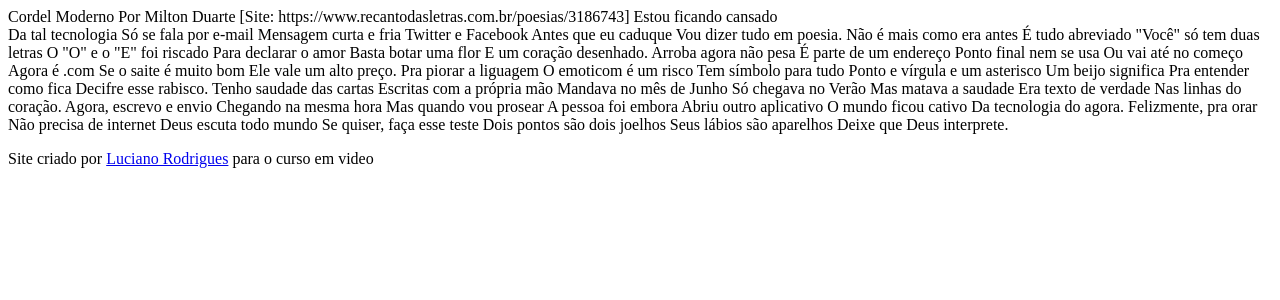
Repository: Lucianorodriguesdev/cursoHTML-CSS
Page: dasafios/index.html
These files come from the project's save history. The page is drawn as it stood at one moment and after the next save; the edit follows.
The browser window is 1280 px wide. The pictures show the whole page.

Above is the page before, as saved 2026-06-17 08:42:33.

### dasafios/index.html
<!DOCTYPE html>
<html lang="pt-br">
<head>
    <meta charset="UTF-8">
    <meta name="viewport" content="width=device-width, initial-scale=1.0">
    <title>Cordel Moderno</title>
</head>
<body>
    <header>
        Cordel Moderno
        Por Milton Duarte
        [Site: https://www.recantodasletras.com.br/poesias/3186743]
        Estou ficando cansado
    </header>

    Da tal tecnologia

    Só se fala por e-mail

    Mensagem curta e fria

    Twitter e Facebook

    Antes que eu caduque

    Vou dizer tudo em poesia.



    Não é mais como era antes

    É tudo abreviado

    "Você" só tem duas letras

    O "O" e o "E" foi riscado

    Para declarar o amor

    Basta botar uma flor

    E um coração desenhado.



    Arroba agora não pesa

    É parte de um endereço

    Ponto final nem se usa

    Ou vai até no começo

    Agora é .com

    Se o saite é muito bom

    Ele vale um alto preço.



    Pra piorar a liguagem

    O emoticom é um risco

    Tem símbolo para tudo

    Ponto e vírgula e um asterisco

    Um beijo significa

    Pra entender como fica

    Decifre esse rabisco.



    Tenho saudade das cartas

    Escritas com a própria mão

    Mandava no mês de Junho

    Só chegava no Verão

    Mas matava a saudade

    Era texto de verdade

    Nas linhas do coração.



    Agora, escrevo e envio

    Chegando na mesma hora

    Mas quando vou prosear

    A pessoa foi embora

    Abriu outro aplicativo

    O mundo ficou cativo

    Da tecnologia do agora.



    Felizmente, pra orar

    Não precisa de internet

    Deus escuta todo mundo

    Se quiser, faça esse teste

    Dois pontos são dois joelhos

    Seus lábios são aparelhos

    Deixe que Deus interprete.
    <footer>
        <p>Site criado por <a href="https://github.com/Lucianorodriguesdev" target="_blank">Luciano Rodrigues</a> para o curso em video</p>
    </footer>

</body>
</html>

After the next save:
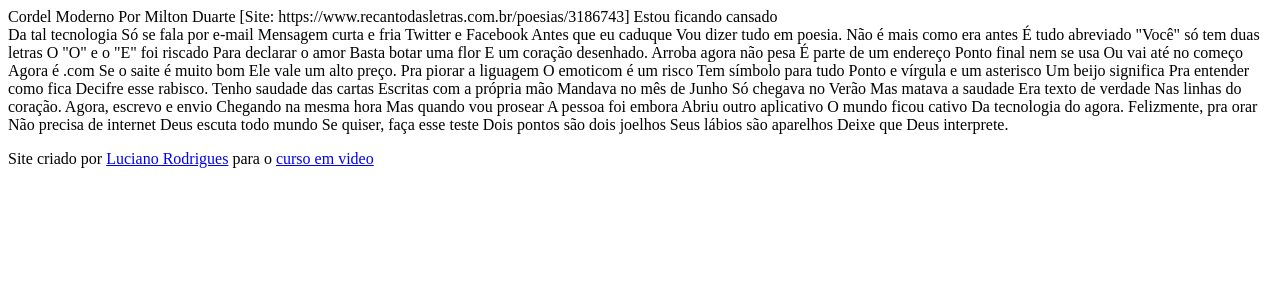
Saved 54 s later.
--- a/dasafios/index.html
+++ b/dasafios/index.html
@@ -121,7 +121,7 @@
 
     Deixe que Deus interprete.
     <footer>
-        <p>Site criado por <a href="https://github.com/Lucianorodriguesdev" target="_blank">Luciano Rodrigues</a> para o curso em video</p>
+        <p>Site criado por <a href="https://github.com/Lucianorodriguesdev" target="_blank">Luciano Rodrigues</a> para o <a href="www.cursoemvideo.com">curso em video</a></p>
     </footer>
 
 </body>
